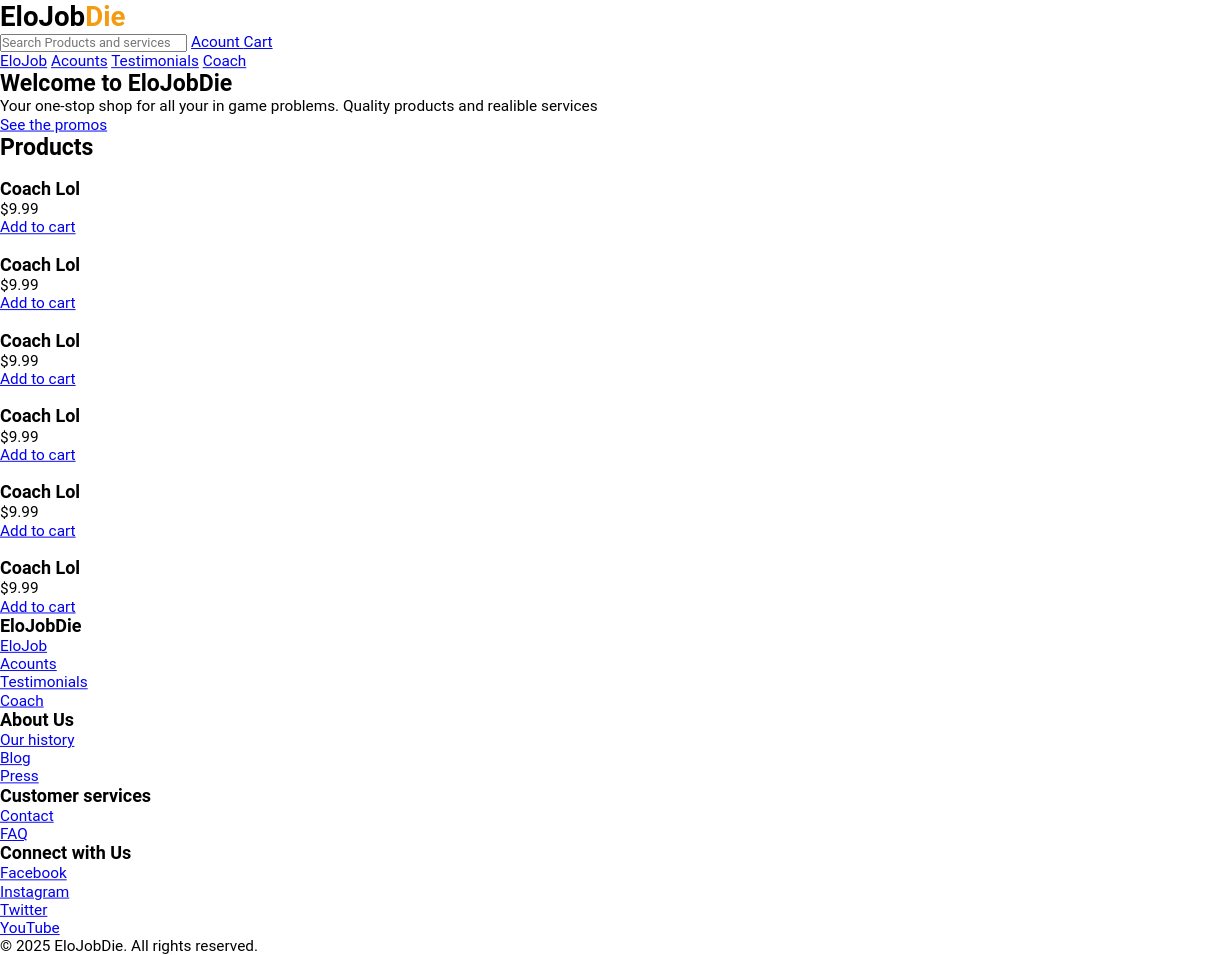
Repository: JustTheHero/web_online_store
Page: homePage.html
These files come from the project's save history. The page is drawn as it stood at one moment and after the next save; the edit follows.
The browser window is 1280 px wide. The pictures show the whole page, at 96% of full size.

Above is the page before, as saved 2025-04-24 09:43:28.

After the next save:
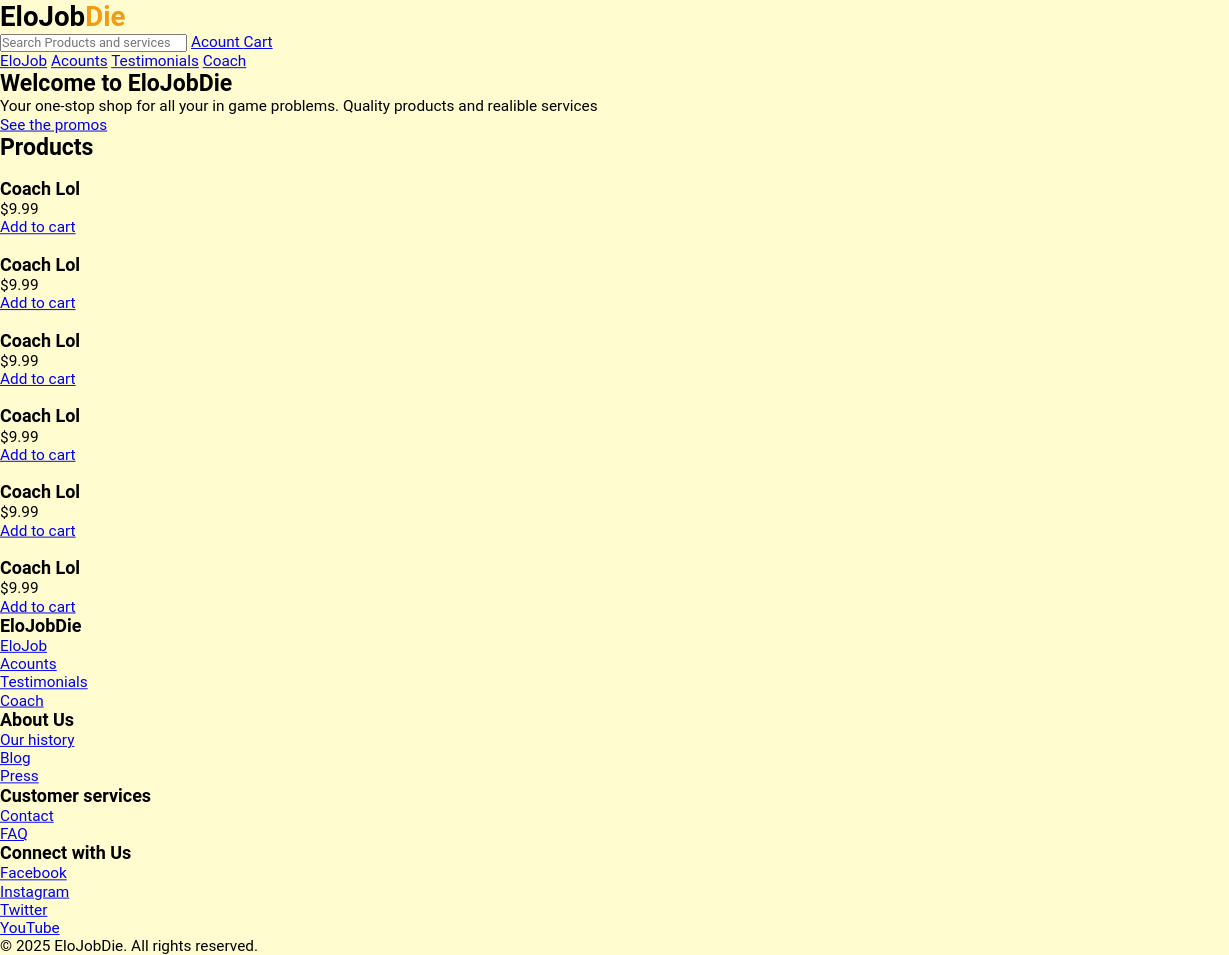
Saved 118 s later.
--- a/homePage.html
+++ b/homePage.html
@@ -5,7 +5,7 @@
     <meta name="viewport" content="width=device-width, initial-scale=1.0">
     <title>EloJobDie</title>
     <style>
-* {
+        * {
             margin: 0;
             padding: 0;
             box-sizing: border-box;
@@ -18,6 +18,9 @@
         }
         .logo span {
             color: #f39c12;
+        }
+        body{
+            background-color: #FFFDD0;
         }
     </style>
 </head>
